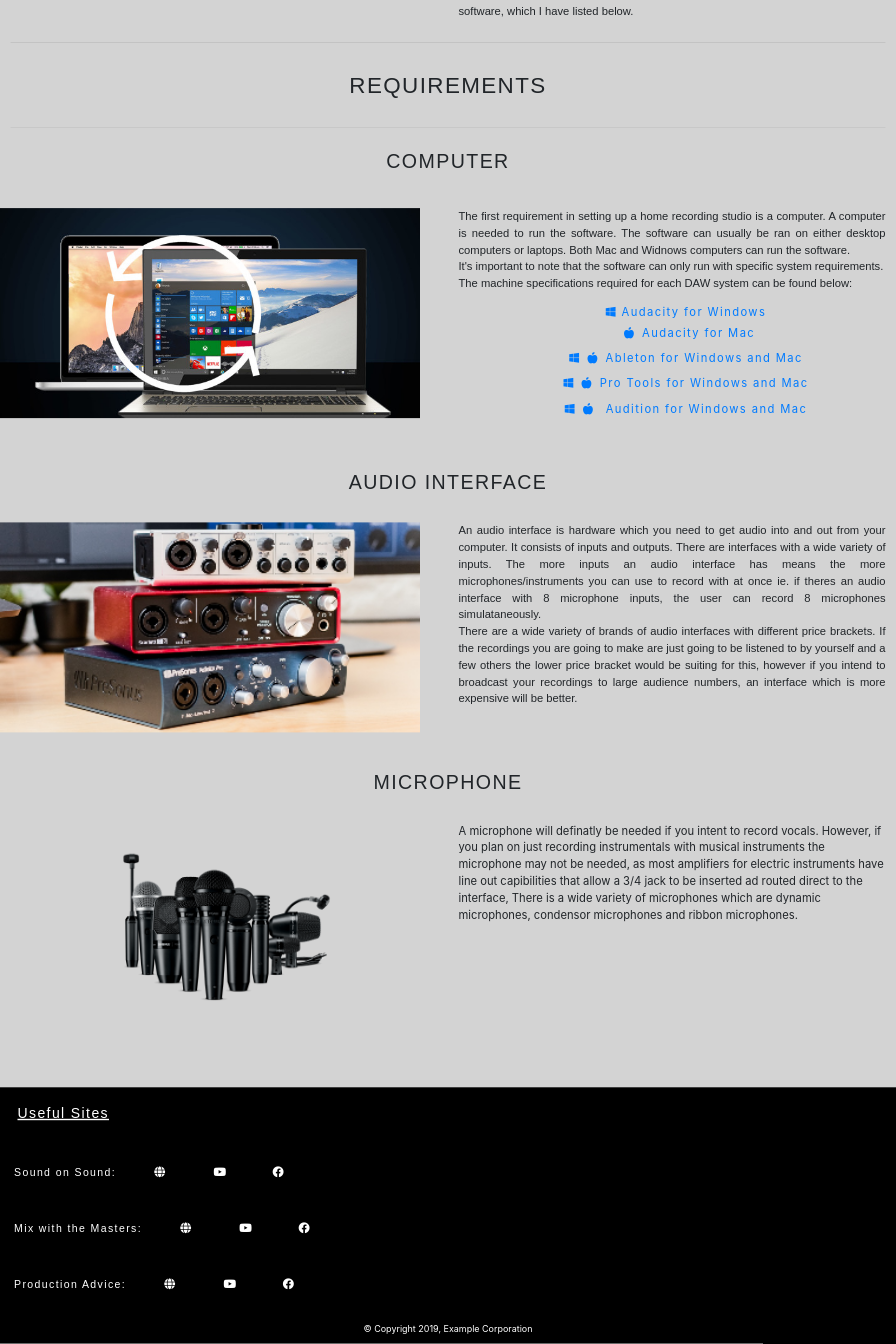
Repository: djjtyn/CIMilestoneProject1
Page: index.html
The author's editor kept a record of every edit. The page is drawn from the files as they stood at one moment, then again after the next edit.
The browser window is 1280 px wide. The pictures show the part of the page from y = 1085 to 3005 px (the page is 3005 px tall before and 2989 px after), at 70% of full size.
Some web libraries are served in a nearby version.

Above is the page before.
Console error (its wording comes from the project's code and is left out).

After the next edit:
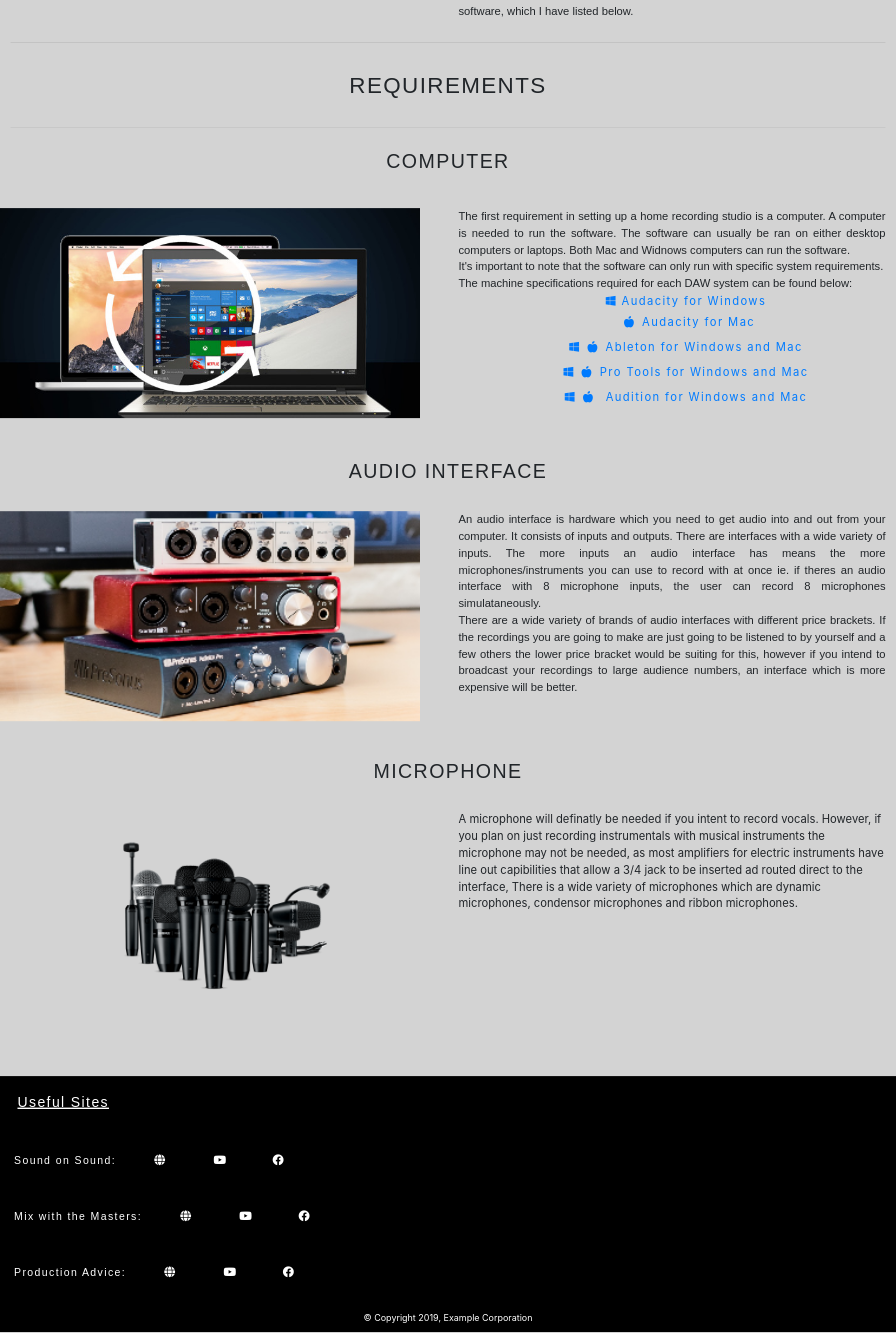
The edit:
--- a/css/style.css
+++ b/css/style.css
@@ -77,6 +77,11 @@
     text-align:center;
 }
 
+.comp p {
+    margin:0;
+    padding:0;
+}
+
 .comp .fa-apple-alt{
     padding:10px;
 }
